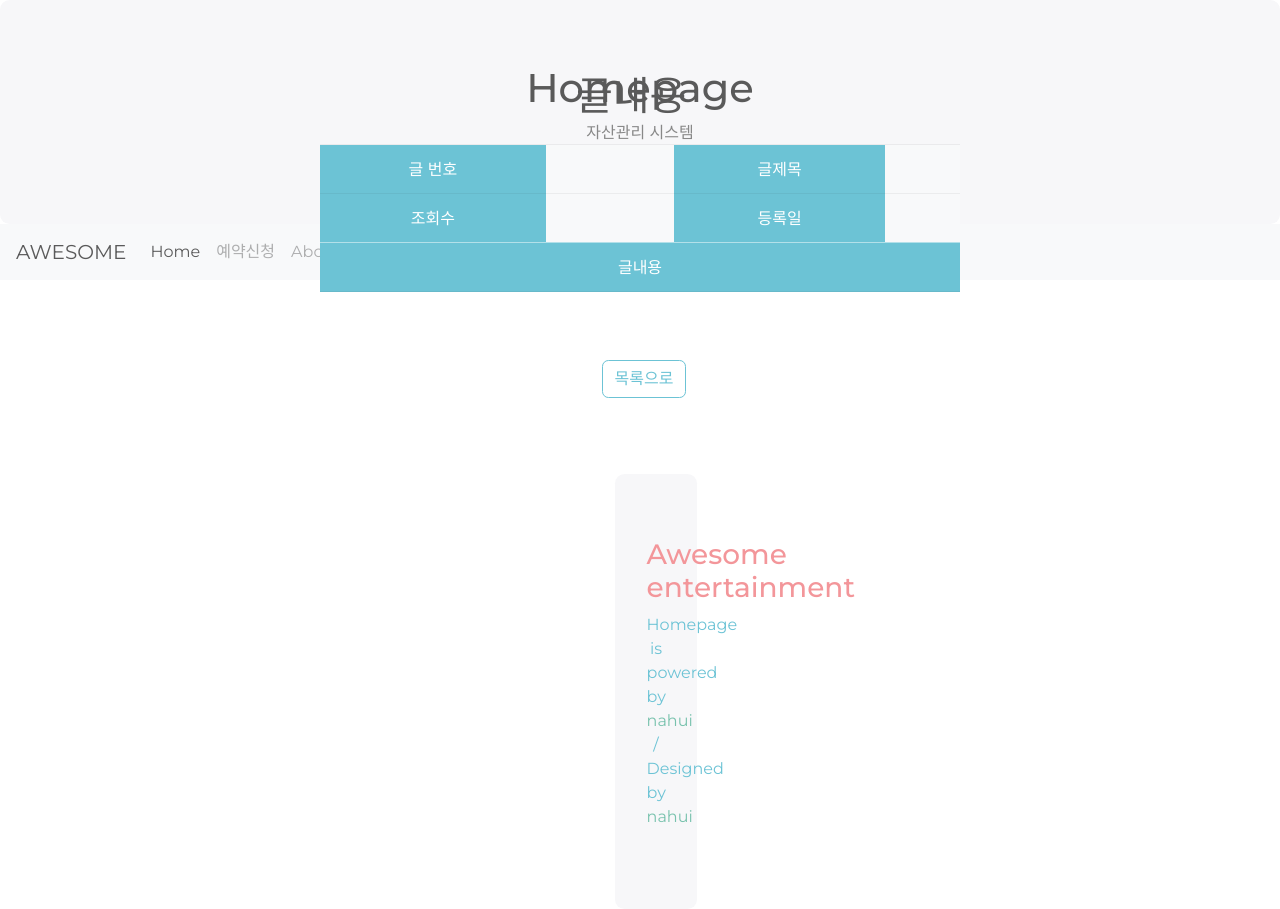
Repository: Nahui068/project1
Page: http://localhost/project1/WEB-INF/views/content.jsp
An editor plug-in stored every save of this project. The page is shown before and after the next save, followed by the edit.
The browser window is 1280 px wide. The pictures show the whole page.
The page is served by Tomcat 9. Nobody is signed in. Other server files are loaded and not shown. The template is opened directly, without the code that normally fills it, so the values that code supplies are empty.

Above is the page before, as saved 2021-01-07 02:35:03.

### project1/src/main/webapp/WEB-INF/views/content.jsp
<%@ page language="java" contentType="text/html; charset=UTF-8"
    pageEncoding="UTF-8"%>
<%@ taglib prefix="c" uri="http://java.sun.com/jsp/jstl/core" %>
<%@ taglib prefix="fmt" uri="http://java.sun.com/jsp/jstl/fmt" %>
<%@ include file="/WEB-INF/views/include/header.jsp" %>

<!DOCTYPE html>
<html>
<head>
<meta charset="UTF-8">
<title>게시글 내용</title>
</head>


<body>
	<h1 style="position:absolute; top:10%; left:45%;">글내용</h1>
	<table class="table table-hover" style="text-align:center; position:absolute; top:20%; left:25%; width:50%;">
		<tr>
			<td class="table-info">글 번호</td><td class="table-light" style="width:20%;">${content.num}</td>
			<td class="table-info">글제목</td><td class="table-light">${content.title}</td>
		</tr>
		<tr>
			<td class="table-info">조회수</td><td class="table-light">${content.readcount}</td>
			<td class="table-info">등록일</td>
			<fmt:formatDate var="dateTempParse" pattern="yyyy-MM-dd" value="${content.reg}"/>
			<td class="table-light"><c:out value="${dateTempParse}"></c:out></td>
		</tr>
		<tr class="table-info">
			<td colspan="4">글내용</td>
		</tr>
		<tr>
			<td colspan="4">${content.content}</td>
		</tr>
	</table>
	<button type="button" class="btn btn-outline-info" style="position:absolute; top:50%; left:47%;"onClick="location.href='/project1/board_select'">목록으로
	<%@ include file="/WEB-INF/views/include/footer.jsp" %>
</body>
</html>

### project1/src/main/webapp/WEB-INF/views/include/header.jsp
<%@ page language="java" contentType="text/html; charset=UTF-8"
    pageEncoding="UTF-8"%>
<%@ taglib prefix="c" uri="http://java.sun.com/jsp/jstl/core" %>

<!DOCTYPE html>
<html>
<head>
	<meta charset="UTF-8">
	<meta name="viewport" content="width=device-width, initial-scale=1">

	<!-- JS -->
	<script src="https://ajax.googleapis.com/ajax/libs/jquery/3.3.1/jquery.min.js"></script>
	<script src="https://cdnjs.cloudflare.com/ajax/libs/popper.js/1.14.3/umd/popper.min.js"></script>
	<script src="https://maxcdn.bootstrapcdn.com/bootstrap/4.1.3/js/bootstrap.min.js"></script>


</head>
<body>
	<div class="jumbotron text-center mb-0">
		<h1>Homepage</h1> <p>자산관리 시스템</p>
	</div>
	<nav class="navbar navbar-expand-lg navbar-light bg-light">
  <a class="navbar-brand" href="/project1/board_select">AWESOME</a>
  <button class="navbar-toggler" type="button" data-toggle="collapse" data-target="#navbarColor03" aria-controls="navbarColor03" aria-expanded="false" aria-label="Toggle navigation">
    <span class="navbar-toggler-icon"></span>
  </button>

  <div class="collapse navbar-collapse" id="navbarColor03">
    <ul class="navbar-nav mr-auto">
      <li class="nav-item active">
        <a class="nav-link" href="/project1/board_select">Home
          <span class="sr-only">(current)</span>
        </a>
      </li>
<!--       <li class="nav-item">
        <a class="nav-link" href="#">예약현황</a>
      </li> -->
      <li class="nav-item">
        <a class="nav-link" href="/project1/reservation">예약신청</a>
      </li>
      <li class="nav-item">
        <a class="nav-link" href="#">About</a>
      </li>
      <c:if test="${sessionScope.id == 'admin'}">
	     <li class="nav-item dropdown">
	        <a class="nav-link dropdown-toggle" data-toggle="dropdown" href=# role="button" aria-haspopup="true" aria-expanded="false">관리자</a>
	        <div class="dropdown-menu">
	          <a class="dropdown-item" href="/project1/admin_board">게시글 관리</a> <!-- 게시글 등록 및 목록(수정,삭제) -->
	          <a class="dropdown-item" href="#">직원관리</a> <!-- 회원 등록, 수정, 삭제 -->
	          <a class="dropdown-item" href="#">Something else here</a>
	          <div class="dropdown-divider"></div>
	          <a class="dropdown-item" href="#">Separated link</a>
	        </div>
	      </li>
      </c:if>
    </ul>
 <c:if test="${sessionScope.id !=null}">
    	 ${sessionScope.id}
    	 <input type="button" value="로그아웃" onclick="location.href='/project1/logout'">
    	 <c:if test="${sessionScope.id == 'admin' }">
    	 		<input type="button" value="글등록" onClick="location.href='/project1/board_form'">
    	 </c:if>
    </c:if>
 </div>

</nav>
</body>
</html>

### project1/src/main/webapp/WEB-INF/views/include/footer.jsp
<%@ page language="java" contentType="text/html; charset=UTF-8"
    pageEncoding="UTF-8"%>
<!DOCTYPE html>
<html>
<head>
<meta charset="UTF-8">
<link href="resources/css/bootstrap.min.css" rel="stylesheet" type="text/css">
<link href="resources/css/style-css.css" rel="stylesheet" type="text/css">
</head>
<body>
<!-- footer -->
<div id="footer" class="jumbotron text-center mt-5 mb-0" style="position:absolute;width:100%; top:180%;">
	<h3 class="text-secondary">Awesome entertainment</h3>
	<p>Homepage is powered by <span class="text-primary">nahui</span> / Designed by <span class="text-primary">nahui</span></p>
</div>

</body>
</html>

### project1/src/main/webapp/resources/css/style-css.css
@charset "UTF-8";

#stu_btn{
	margin-right:20px;
}

#meet_btn{
	margin-left:40px;
}

Loaded but not shown: project1/src/main/webapp/resources/css/bootstrap.min.css (library)

After the next save:
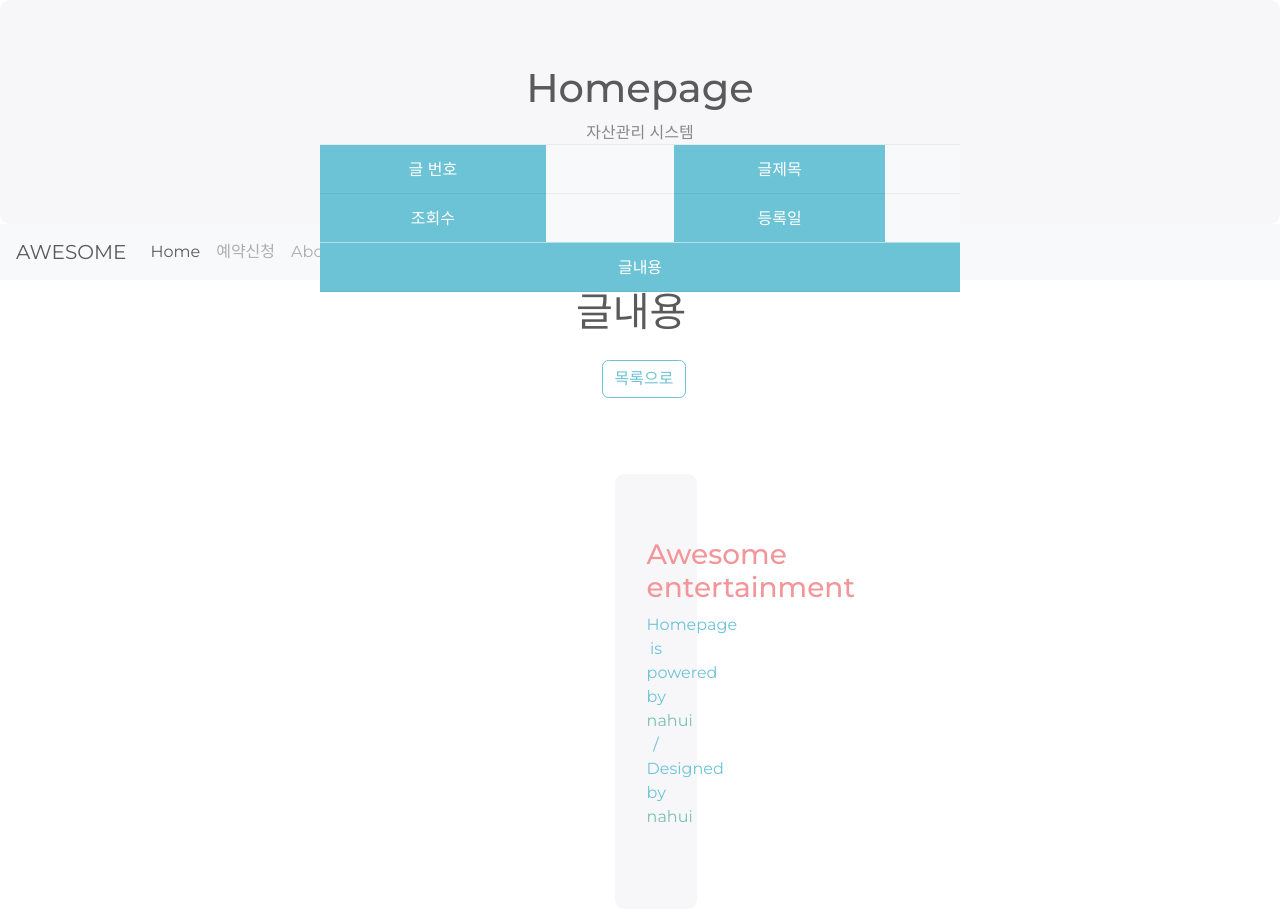
Saved 9 min 30 s later.
--- a/project1/src/main/webapp/WEB-INF/views/content.jsp
+++ b/project1/src/main/webapp/WEB-INF/views/content.jsp
@@ -13,7 +13,7 @@
 
 
 <body>
-	<h1 style="position:absolute; top:10%; left:45%;">글내용</h1>
+	<h1 style="position:absolute; top:40%; left:45%;">글내용</h1>
 	<table class="table table-hover" style="text-align:center; position:absolute; top:20%; left:25%; width:50%;">
 		<tr>
 			<td class="table-info">글 번호</td><td class="table-light" style="width:20%;">${content.num}</td>
